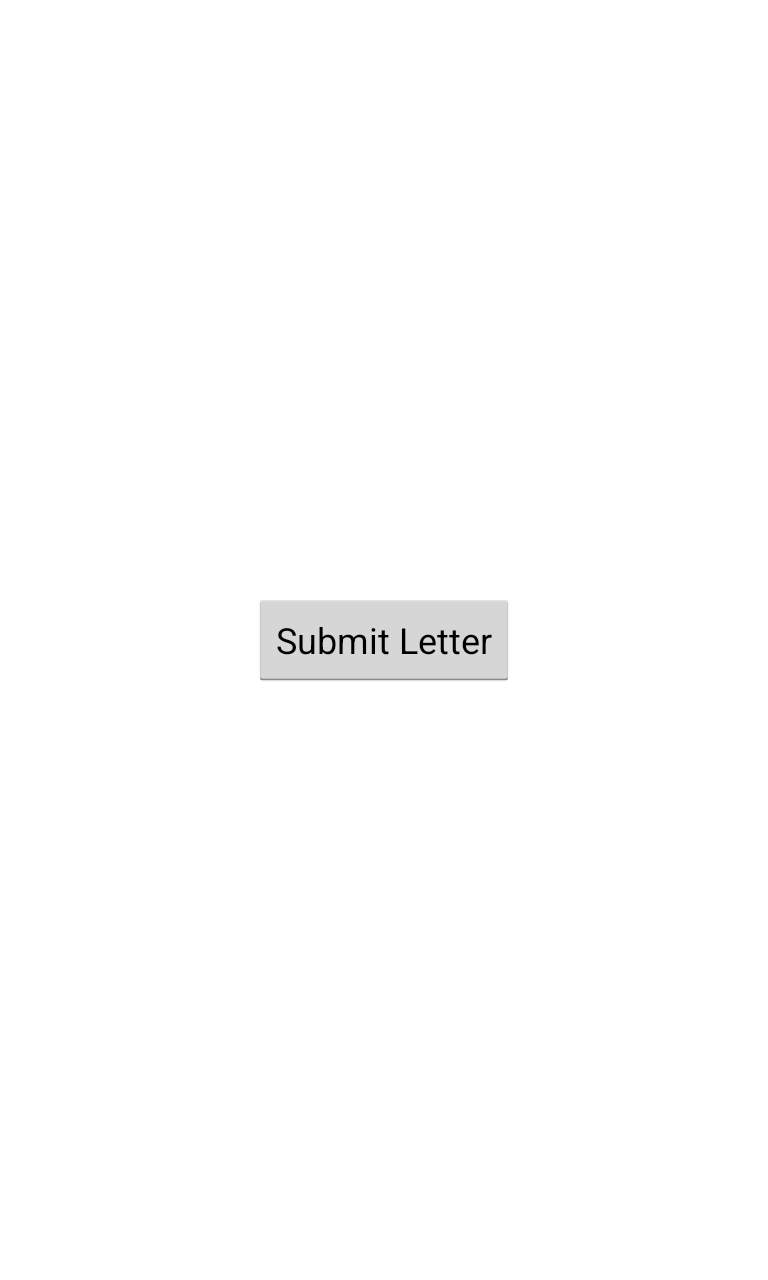
Repository: johnhof/App-Design
Layout: NoteTaker/res/layout/activity_main.xml
The author's editor kept a copy of each file at every save. The layout is drawn from the files as they stood at one save, then again after a run of saves.
It is drawn on a 768 x 1280 px phone screen (xhdpi) without system bars, with theme AppTheme; the app's code is not run.

Above is the layout before, as saved 2013-01-31 20:00:59.

### NoteTaker/res/layout/activity_main.xml
<RelativeLayout xmlns:android="http://schemas.android.com/apk/res/android"
    xmlns:tools="http://schemas.android.com/tools"
    android:layout_width="match_parent"
    android:layout_height="match_parent"
    android:orientation="vertical"
    tools:context=".MainActivity" >

    <Button android:id="@+id/button"
            android:layout_width="wrap_content"
            android:layout_height="wrap_content"
            android:layout_centerInParent="true"
            android:text="Submit Letter" />
</RelativeLayout>

### NoteTaker/res/values/strings.xml
<?xml version="1.0" encoding="utf-8"?>
<resources>

    <string name="app_name">NoteTaker</string>
    <string name="hello_world">Hello world!</string>
    <string name="menu_settings">Settings</string>

</resources>

Loaded but not shown: NoteTaker/res/values/styles.xml (common file); NoteTaker/res/values-v11/styles.xml (common file); NoteTaker/res/values-v14/styles.xml (common file)

After the next 2 saves:
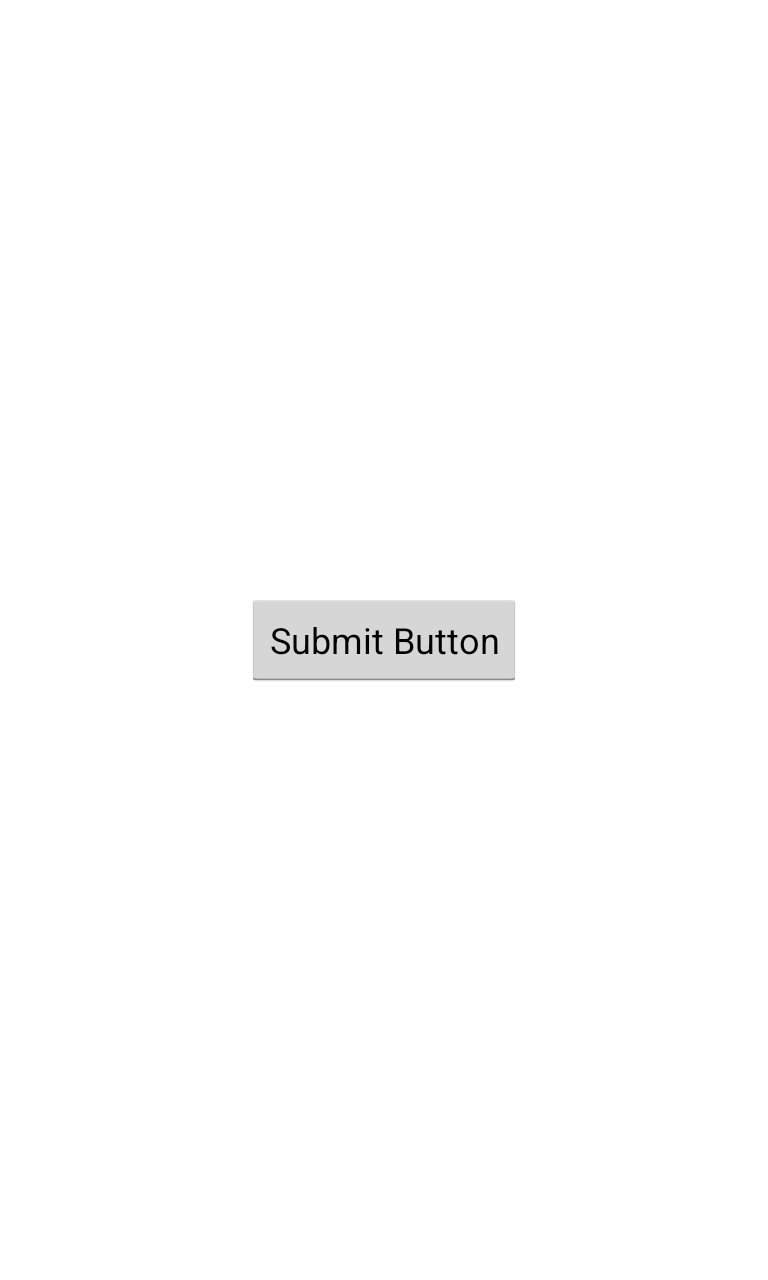
The 2 saves are shown as one change because 1 did not build or start.
The last was saved 2 min 53 s later.
--- a/NoteTaker/res/layout/activity_main.xml
+++ b/NoteTaker/res/layout/activity_main.xml
@@ -9,5 +9,5 @@
             android:layout_width="wrap_content"
             android:layout_height="wrap_content"
             android:layout_centerInParent="true"
-            android:text="Submit Letter" />
+            android:text="@string/button_submit" />
 </RelativeLayout>
--- a/NoteTaker/res/values/strings.xml
+++ b/NoteTaker/res/values/strings.xml
@@ -2,7 +2,8 @@
 <resources>
 
     <string name="app_name">NoteTaker</string>
-    <string name="hello_world">Hello world!</string>
     <string name="menu_settings">Settings</string>
+    <string name="button_submit">Submit Button</string>
+
 
 </resources>
